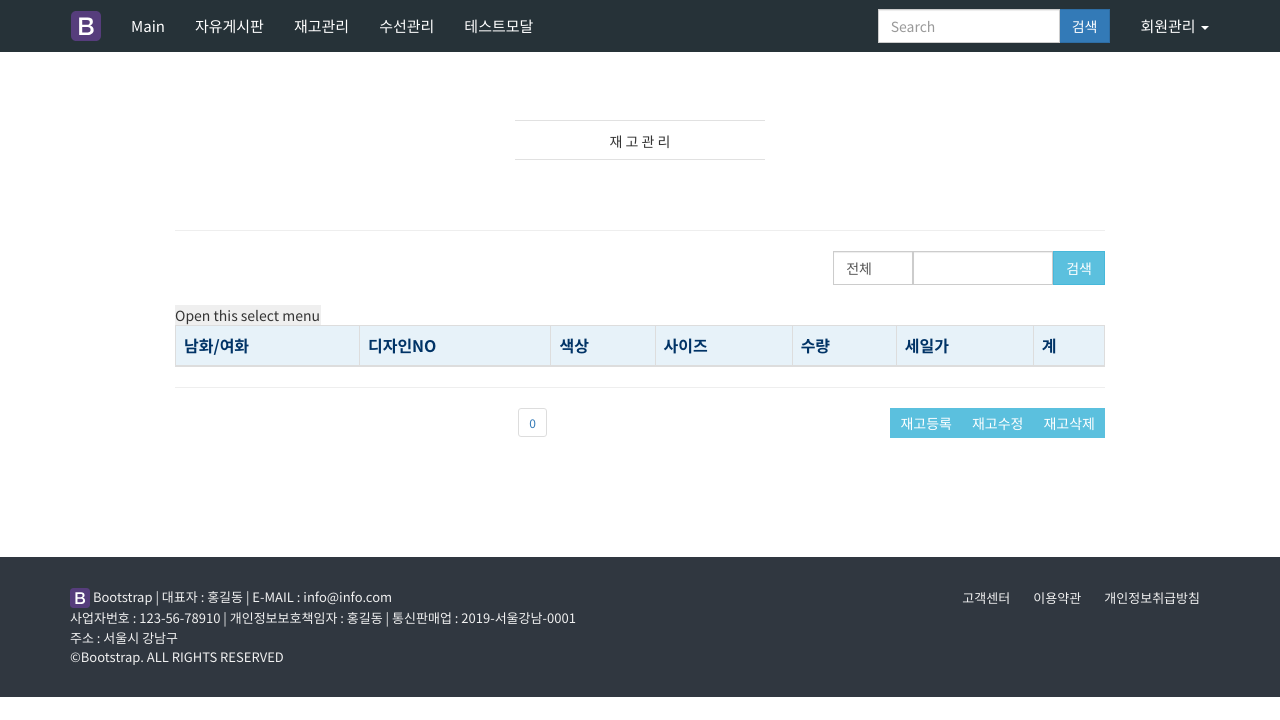
Repository: RattenLegs/Project_Inventory
Page: http://localhost/Project_Inventory/WEB-INF/views/inventoryboard/inventoryList.jsp
The author's editor kept a copy of each file at every save. The page is drawn from the files as they stood at one save, then again after the next save.
The browser window is 1280 px wide. The pictures show the whole page.
Some web libraries are served in a nearby version. The page is served by Tomcat 9. Nobody is signed in. Other server files are loaded and not shown. The template is opened directly, without the code that normally fills it, so the values that code supplies are empty.

Above is the page before, as saved 2023-02-15 14:16:47.
Console error: TypeError: Cannot read properties of null (reading 'addEventListener')

### Project_Inventory/src/main/webapp/WEB-INF/views/inventoryboard/inventoryList.jsp
<%@ taglib uri="http://java.sun.com/jsp/jstl/core" prefix="c"%>
<%@ taglib uri="http://java.sun.com/jsp/jstl/fmt" prefix="fmt"%>
<%@ page language="java" contentType="text/html; charset=UTF-8"
	pageEncoding="UTF-8"%>
<html>
<head>
<%@ include file="../../views/include/header.jsp"%>
<title>재고관리 시스템입니다.</title>

<link
	href="${pageContext.request.contextPath}/resources/modal/modal.css"
	rel="stylesheet">
</head>
<body>
	<section>
		<div class="container-fluid">
			<div class="row">
				<!--lg에서 9그리드, xs에서 전체그리드-->
				<div class="col-lg-9 col-xs-12 board-table">
					<div class="titlebox">
						<p>재 고 관 리</p>
					</div>

					<hr>
					<%@ include
						file="../../views/inventoryboard/inventorySearchForm.jsp"%>

					<table class="table table-bordered">
						<thead>
							<tr>
								<th>남화/여화</th>
								<th>디자인NO</th>
								<th>색상</th>
								<th>사이즈</th>
								<th>수량</th>
								<th>세일가</th>
								<th>계</th>
							</tr>
						</thead>

						<tbody>
						</tbody>

						<tfoot>
						</tfoot>

					</table>


					<%@ include file="../../views/inventoryboard/addInventoryForm.jsp"%>

					<%@ include file="../../views/inventoryboard/inventoryModalForm.jsp"%>
				</div>
			</div>
		</div>
	</section>
	<%@ include file="../../views/include/footer.jsp"%>
</body>
<script
	src="${pageContext.request.contextPath}/resources/modal/modal.js"></script>
</html>

### Project_Inventory/src/main/webapp/WEB-INF/views/include/header.jsp
<%@ page language="java" contentType="text/html; charset=UTF-8"
	pageEncoding="UTF-8"%>
<%@ taglib uri="http://java.sun.com/jsp/jstl/core" prefix="c"%>

<!DOCTYPE html>
<html>
<head>

<meta charset="utf-8">
<meta http-equiv="X-UA-Compatible" content="IE=edge">
<meta name="viewport" content="width=device-width, initial-scale=1">

<!--
		${pageContext.request.contextPath} == <c:url value='' />
	 -->

<link
	href="${pageContext.request.contextPath}/resources/css/bootstrap.css"
	rel="stylesheet">
<script
	src="https://ajax.googleapis.com/ajax/libs/jquery/1.11.2/jquery.min.js"></script>
<!--개인 디자인 추가-->
<link href="${pageContext.request.contextPath}/resources/css/style.css"
	rel="stylesheet">
<script
	src="${pageContext.request.contextPath}/resources/js/bootstrap.js"></script>
</head>


<body>
	<header>
		<div class="container-fluid">
			<div class="row">
				<div class="container">
					<div class="navbar">
						<div class="navbar-header">
							<!--data-toggle 같은 것들은 내부적으로 지원하는 반응형 API기능이므로 지우면 안됩니다-->
							<button type="button" class="navbar-toggle"
								data-toggle="collapse" data-target="#myNavbar">
								<span class="icon-bar"></span> <span class="icon-bar"></span> <span
									class="icon-bar"></span>
							</button>
							<a class="navbar-brand" href="#"><img width="30"
								src="${pageContext.request.contextPath }/resources/img/logo.svg"
								alt="Brand"></a>
						</div>


						<div class="collapse navbar-collapse" id="myNavbar">
							<ul class="nav navbar-nav">
								<li class="active"><a href="<c:url value='/' />">Main</a></li>
								<li><a href="<c:url value='/freeboard/freeList' />">자유게시판</a></li>
								<li><a
									href="<c:url value='/inventoryboard/inventoryList' />">재고관리</a></li>
								<li><a href="<c:url value='/repairboard/repairList' />">수선관리</a></li>
								<li><a href="<c:url value='/testModal/testModalMain' />">테스트모달</a></li>
								<!--
				<li><a href="#">강의</a></li>
                                <li><a href="#">Form</a></li>
                                <li><a href="#">Board</a></li>
 				-->

							</ul>
							<ul class="nav navbar-nav navbar-right">
								<li class="dropdown"><a class="dropdown-toggle"
									data-toggle="dropdown" href="#">회원관리 <span class="caret"></span></a>
									<ul class="dropdown-menu">
										<li><a href="<c:url value='/user/userLogin' />"><span
												class="glyphicon glyphicon-log-in"></span>Login</a></li>
										<li><a href="<c:url value='/user/userJoin' />"><span
												class="glyphicon glyphicon-user"></span></a></li>
										<!--                                         <li><a href="#"><span class="glyphicon glyphicon-user"></span>MyPage</a></li> -->
										<li><a href="#"><span
												class="glyphicon glyphicon-log-out"></span>Logout</a></li>
									</ul></li>
							</ul>

							<form class="navbar-form navbar-right" action="">
								<div class="input-group">
									<input type="text" class="form-control" placeholder="Search">
									<div class="input-group-btn">

										<button class="btn btn-primary" type="submit">검색</button>
									</div>
								</div>
							</form>
						</div>
					</div>
				</div>
			</div>
		</div>
	</header>

### Project_Inventory/src/main/webapp/WEB-INF/views/inventoryboard/inventorySearchForm.jsp
<%@ page language="java" contentType="text/html; charset=UTF-8"
	pageEncoding="UTF-8"%>


<!-- form을 가져온다 -->
<form action="<c:url value='/inventoryboard/inventoryList' />">
	<div class="search-wrap">
		<button type="submit" class="btn btn-info search-btn">검색</button>
		<input type="text" name="keyword" class="form-control search-input" value="${pc.paging.keyword}">
		<select class="form-control search-select" name="condition">
			<option value="all"
				${pc.paging.condition == 'title' ? 'selected' : ''}>전체</option>
			<option value="title"
				${pc.paging.condition == 'title' ? 'selected' : ''}>접수일</option>
			<option value="content"
				${pc.paging.condition == 'content' ? 'selected' : ''}>이름</option>
			<option value="writer"
				${pc.paging.condition == 'writer' ? 'selected' : ''}>연락처</option>
			<option value="titleContent"
				${pc.paging.condition == 'titleContent' ? 'selected' : ''}>디자인</option>
			<option value="titleContent"
				${pc.paging.condition == 'titleContent' ? 'selected' : ''}>내용</option>
			<option value="titleContent"
				${pc.paging.condition == 'titleContent' ? 'selected' : ''}>약속일</option>
			<option value="titleContent"
				${pc.paging.condition == 'titleContent' ? 'selected' : ''}>매장재고일</option>
			<option value="titleContent"
				${pc.paging.condition == 'titleContent' ? 'selected' : ''}>납품일</option>
		</select>
	</div>
</form>

<select class="form-select" size="1" aria-label="size 1 select example">
  <option selected>Open this select menu</option>
  <option value="1">One</option>
  <option value="2">Two</option>
  <option value="3">Three</option>
</select>

### Project_Inventory/src/main/webapp/WEB-INF/views/inventoryboard/addInventoryForm.jsp
<%@ taglib uri="http://java.sun.com/jsp/jstl/core" prefix="c"%>
<%@ taglib uri="http://java.sun.com/jsp/jstl/fmt" prefix="fmt"%>
<%@ page language="java" contentType="text/html; charset=UTF-8"
	pageEncoding="UTF-8"%>

<!--페이지 네이션을 가져옴-->
<form action="<c:url value='/inventoryboard/inventoryList' />"
	name="pageForm">
	<div class="text-center">
		<hr>
		<ul id="pagination" class="pagination pagination-sm">
			<c:if test="${pc.prev}">
				<li><a href="#" data-pagenum="${pc.beginPage-1}">이전</a></li>
			</c:if>

			<c:forEach var="num" begin="${pc.beginPage}" end="${pc.endPage}">
				<li class="${pc.paging.pageNum == num ? 'active' : ''}"><a
					href="#" data-pagenum="${num}">${num}</a></li>
			</c:forEach>

			<c:if test="${pc.next}">
				<li><a href="#" data-pagenum="${pc.endPage+1}">다음</a></li>
			</c:if>
		</ul>
		<button type="button" class="btn btn-info">재고삭제</button>
		<button type="button" class="btn btn-info">재고수정</button>
		<button type="button" id="modalOpen" class="btn btn-info">재고등록</button>
	</div>


	<!-- 페이지 관련 버튼(이전, 다음, 페이지번호)을 클릭 시 같이 숨겨서 보내줄 공통 값  -->
	<input type="hidden" name="pageNum" value="${pc.paging.pageNum}">
	<input type="hidden" name="cpp" value="${pc.paging.cpp}"> <input
		type="hidden" name="condition" value="${pc.paging.condition}">
	<input type="hidden" name="keyword" value="${pc.paging.keyword}">
</form>

### Project_Inventory/src/main/webapp/WEB-INF/views/inventoryboard/inventoryModalForm.jsp
<%@ page language="java" contentType="text/html; charset=UTF-8"
    pageEncoding="UTF-8"%>


<!--
		<div class="background">
			<div class="window">
				<div class="modalyes">
					<form action="/inventoryboard/addInventoryCheck" method="post">
						<fieldset>
							<legend>등록 양식</legend>
							<p>
								<input type="checkbox" name="shoeGender" value="남화"> 남화
								&nbsp;
								<input type="checkbox" name="shoeGender" value="여화">
								여화 &nbsp;
								<br> # 디자인NO
								<input type="text" name="design" size="10"> <br> # 색상
									<input type="text" name="color" size="10"> <br> # 사이즈
									<input type="text" name="size" size="10"> <br> # 수량
									<input type="text" name="num" size="10"> <br> # 세일가
									<input type="text" name="price" size="10"> <br> # 계
									<input type="text" name="sum" size="10"> <br>
									<input type="submit" value="확인">
							</p>
						</fieldset>

					</form>
					<button id="modalClose">모달 닫기</button>
				</div>
			</div>
		</div> -->

		 <section>
       <div class="background">
            <div class="window">
                <div class="col-xs-12 content-wrap">
                    <form action="<c:url value='/inventoryboard/inventoryCheck' />" name="registForm" method="post">
	                    <table class="table">
	                        <tbody class="t-control">
	                            <tr>
	                                <td class="t-title">NAME</td>
	                                <td><input class="form-control input-sm" name="writer" value="${login.userId}" readonly></td>
	                            </tr>
	                            <tr>
	                                <td class="t-title">TITLE</td>
	                                <td><input class="form-control input-sm" name="title"></td>
	                            </tr>
	                            <tr>
	                                <td class="t-title">CONTENT</td>
	                                <td>
	                                <textarea class="form-control" rows="7" name="content"></textarea>
	                                </td>
	                            </tr>
	                        </tbody>
	                    </table>
                    </form>
                    <div class="titlefoot">
                        <button class="btn" id="registBtn">등록</button>
                        <button class="btn" id="listBtn">목록</button>
                    </div>
                </div>
            </div>
       </div>
    </section>

### Project_Inventory/src/main/webapp/WEB-INF/views/include/footer.jsp
<%@ page language="java" contentType="text/html; charset=UTF-8"
    pageEncoding="UTF-8"%>
    <footer>
        <div class="container">
            <div class="row">
                <div class="col-md-7 col-sm-12">
                    <div class="copyright">
                        <a href="">
                            <img width="20" src="${pageContext.request.contextPath }/resources/img/logo.svg" alt="Brand">
                        </a>
                        Bootstrap | 대표자 : 홍길동 | E-MAIL : info&#64;info.com<br>
                        사업자번호 : 123-56-78910 | 개인정보보호책임자 : 홍길동 | 통신판매업 : 2019-서울강남-0001<br>
                        주소 : 서울시 강남구
                        <address>&copy;Bootstrap. ALL RIGHTS RESERVED</address>
                    </div>
                </div>
                <div class="col-md-5 col-sm-12 text-right">
                    <ul class="footer-menu">
                        <li><a href="#">고객센터</a></li>
                        <li><a href="#">이용약관</a></li>
                        <li><a href="#">개인정보취급방침</a></li>
                    </ul>
                </div>
            </div>
        </div>
    </footer>
    <!-- //footer -->

### Project_Inventory/src/main/webapp/resources/css/style.css
/*=========웹폰트 선언=========*/
@import
	url('https://fonts.googleapis.com/css?family=Noto+Sans+KR&display=swap')
	;
/*===========================*/

/*디자인 시작시 기본 선언*/
* { /* 기본선언: 마딩, 패딩 0, 요소크기에 padding, border값을 포함 x*/
	padding: 0;
	margin: 0;
	box-sizing: border-box;
}

body, html {
	width: 100%;
	min-width: 320px;
	font-family: 'Noto Sans KR', sans-serif; /*웹폰트 사용*/
}

img {
	max-width: 100%; /*사이즈가 변해도 넓이를 유지 */
	height: auto; /*사이즈가 변해도 높이를 유지 */
	/*vertical-align: top;*/
}

input, textarea, button, select {
	/*고유하게 적용되어있는 form관련 요소들을 제거해서 여러브라우저에서 동일한디자인을 얻게함*/
	-webkit-appearance: none;
	-moz-appearance: none;
	appearance: none;
	border: none
}

ul, ol, dl, li {
	list-style: none /*순서 요소들이 리스트스타일을 업앤다 */
}

.btn {
	border-radius: 0px;
}

/*=========헤더=========*/
.carousel-control.right, .carousel-control.left {
	background-image: linear-gradient(to right, rgba(0, 0, 0, .0001) 0%,
		rgba(0, 0, 0, 0) 100%)
}
header {
	position: fixed;
	left: 0;
	top: 0;
	width: 100%;
	z-index: 50; /*position을 이용하면 요소가 겹쳐질 수 있다. 숫자가 제일 높은값이 위로 떠오른다*/
}
header {
	background: #263238;
}

section {
	margin-top: 50px;
}

/*header 의 모든 컨테이너 클래스에 적용함 */
header .container {
	padding: 0;
}
/*navbar의 margin: 0으로 */
.navbar {
	margin-bottom: 0px;
}
/*이미지 위치 조정 */
.navbar-brand {
	padding: 10px 15px;
}
/*nav의 a변경*/
.nav>li>a {
	font-size: 15px;
	color: white;
}
/*na의 a 호버시 기능 변경 */
.nav>li>a:hover, .nav>li>a:focus {
	background-color: #304047;
}

/* 토글메뉴 윤곽색 변경 */
.navbar-toggle {
	border-color: white;
}

.navbar-toggle>.icon-bar {
	background-color: white;
}
/*개발자도구에서 확인후 색깔변경*/
.nav .open>a:focus {
	background-color: #304047;
}
/*부트스트랩의 드롭다운시 a태그 색상변경  */
.dropdown-menu>li>a {
	color: #f5f5f5;
}
/*======슬라이더=======*/
.slide-list {
	padding: 0;
}
/* ===================================
    Footer style
====================================== */
footer {
	margin-top: 70px;
	background-color: #303740;
	padding: 30px 0;
}

footer .copyright {
	font-size: 13px;
	line-height: 20px;
	color: #f1f1f1;
}

footer .copyright address {
	margin-bottom: 0;
}

footer .footer-menu li {
	display: inline-block;
	padding: 0 10px;
}

footer .footer-menu li a {
	display: block;
	color: #f1f1f1;
	font-size: 13px;
}

/*===========본문=========== */
/*섹션전체에 패딩 추가*/
section {
	/*위 60px 나머지 0 */

}

.prod-list, .prod-link {
	border: 1px solid #ddd; /*윤곽 1, 한줄, 색상 */
	display: block; /* 블락요소로 변경 반드시 필요 */
	text-align: center; /*이미지 가운데 정렬*/
	/* position: relative;*/
}
/*기본 부트설정은 좌우 15px임 -> col에 대해 전부 5px로 바꿔버린다*/
.prod-list, .prod-list>li[class*="col-"] {
	padding: 5px;
}

/*호버기능 추가*/
.prod-link:hover {
	border-color: #4285F4;
}

.prod-link>.arrow {
	display: block; /*span은 인라인 요소입니다 인라인요소는 position속성을 사용할수 없습니다*/
	position: absolute;
	/*원래 위치에서 따로 띠어내어 부모위치로 조정한다 width, heigth를 필수로 지정해야한다*/
	left: 15px; /*좌우 위치조정 left, right 중 한개만쓴다*/
	bottom: 15px; /*위아래 위치조정 top, bottom 중한개만 쓴다 */
	width: 36px; /* 넓이값 조정 */
	height: 36px; /* 높이값 조정*/
	line-height: 36px; /*텍스트가 위치에 맞게 높이와 동일하게 설정 */
	background-color: #ccc;
	color: #fff;
	opacity: 1; /*투명도*/
}
/* .hover클래스의 넓이 색상 투명도*/
.prod-link>.hover {
	width: 100px;
	background-color: #4285F4;
	opacity: 0;
}
/*link호버시 arrow클래스를 투명도 0*/
.prod-link:hover>.arrow {
	opacity: 0;
}
/*link호버시 hover클래스를 투명도 1*/
.prod-link:hover>.hover {
	opacity: 1;
}

/*========회원가입 폼 디자인=========*/
/*제목박스(계속사용) */
.titlebox {
	width: 250px;
	text-align: center;
	height: 40px;
	line-height: 40px;
	margin: 70px auto;
	border-top: 1px solid #E1E1E1;
	border-bottom: 1px solid #E1E1E1;
}

.join-form {
	margin: 0 auto;
	/*가운대 정렬방법 하지만 적용되지 않는다. 이유는 col클래스들이 float:left를 들고 있기 때문*/
	float: none; /*플롯을 해제한다. 가운대정렬이 들어간다*/
}
/*조인폼클래스의 form태그의 접근 */
.join-form form {
	border-radius: 8px; /*윤곽 8*/
	padding: 15px; /*모든 패딩 15*/
	/*박스 쉐도우: 그림자가 가로로떨어진간격, 세로로떨어진 간격, 흐릿정도, 그림자색상*/
	box-shadow: 0px 8px 16px rgba(0, 0, 0, 0.15)
}

.input-group-addon {
	padding: 0;
	border: none; /*윤곽 모두 0*/
	border-radius: 0;
}
/*폼컨트롤, 인풋그룹 내부에 모든 버튼 라디우스 0 */
.form-control, .form-group .btn {
	border-radius: 0;
}
/*포커스시 윤곽 색 변경*/
.form-control:focus {
	border-color: #555;
}
/* 핸드폰폼 디자인 */
.input-group .phone1 {
	width: 33.3333%;
}

.input-group .phone2 {
	width: 66.6666%;
}
/*이메일폼 디자인 */
.email-form {
	box-sizing: border-box;
	overflow: hidden;
}

.email-form input {
	width: 33.33%;
	float: left;
}

.email-form select {
	width: 66.66%;
	float: left;
}
/*=========로그인 디자인==========*/
.login-form {
	margin: 0 auto;
	float: none;
}

.login-form form {
	border-radius: 8px; /*윤곽 8*/
	padding: 70px 120px; /*위아래, 좌우*/
	/*박스 쉐도우: 그림자가 가로로떨어진간격, 세로로떨어진 간격, 흐릿정도, 그림자색상*/
	box-shadow: 0px 8px 16px rgba(0, 0, 0, 0.15);
	margin-bottom: 174px; /*화면에 딱맞게 밀어준다*/
}

/*========회원정보 디자인=========*/
.m-control .m-title {
	min-width: 100px; /*화면줄었을때 최소크기*/
	vertical-align: middle; /*가운대 정렬*/
}

.m-control .form-control {
	width: 200px;
	display: inline; /*인라인요소로 변경한다*/
}
/*개발자 도구에서 input-sm의 정렬을 푼다*/
.m-control .input-sm {
	height: auto;
	line-height: normal;
}
/*sel의 크기만 지정*/
.m-control  .sel {
	width: 80px;
}

.m-control .add {
	width: 400px;
}

.titlefoot {
	text-align: center; /*인라인의 텍스트정렬 가운데*/
	margin: 30px auto; /*박스의 가운데정렬*/
	width: 50%; /*크기 50%*/
}

/*==========자게 디자인==========*/
.titlebox {
	width: 250px;
	text-align: center;
	height: 40px;
	line-height: 40px;
	margin: 70px auto;
	border-top: 1px solid #E1E1E1;
	border-bottom: 1px solid #E1E1E1;
}
/*자게 그리드*/
.board-table {
	float: none; /*col의 플로팅 해제 */
	margin: 0 auto;
}
/*---검색버튼--- */
.search-wrap {
	overflow: hidden; /*부모요소에 히든 */
	margin-bottom: 20px;
}

.search-btn, .search-input, .search-select {
	float: right; /*우측 플로팅 */
}

.search-input {
	width: 140px;
}

.search-select {
	width: 80px;
}

/*제목에 클래스를 줘서 강제로 크기 고정*/
.board-title {
	width: 300px;
}
/*th의 순차적 접근 색상변경 */
.table-bordered>thead>tr>th {
	background-color: #E7F2F9;
	color: #003366;
}

/*테이블 안에 a태그에 순차적 접근 */
.table-bordered>tbody>tr>td>a, .table-bordered>tbody>tr>td>a:hover {
	color: black;
}

.pagination {
	margin: 0; /*페이지 네이션의 기본 마진 0*/
}

.text-center .btn {
	float: right; /*오른쪽으로 쌓아서 우측정렬 시킨다*/
	border: 0; /*border스타일 해제*/
	border-radius: 0; /*윤곽 0*/
	padding: 5px 10px; /*버튼 패딩을 페이지네이션과 맞춘다*/
}

/*==========자게 글쓰기==========*/
.titlebox {
	width: 250px;
	text-align: center;
	height: 40px;
	line-height: 40px;
	margin: 70px auto;
	border-top: 1px solid #E1E1E1;
	border-bottom: 1px solid #E1E1E1;
}

.t-control .t-title {
	width: 100px;
	min-width: 100px; /*화면줄었을때 최소크기*/
	vertical-align: middle; /*테이블에서 세로 가운대정렬*/
}

/*input 요소의 넓이만 선택*/
.t-control input {
	width: 200px;
	display: inline; /*인라인요소로 변경한다*/
}

/*개발자 도구에서 input-sm의 정렬을 푼다*/
.t-control .input-sm {
	height: auto;
	line-height: normal;
}
/*td의 아래만 밑줄*/
.t-control td {
	border-bottom: 1px solid #E1E1E1;
}

.titlefoot {
	text-align: center;
	margin: 30px auto; /*박스의 가운데정렬*/
	width: 50%; /*크기 50%*/
}
/*==========자게 상세보기==========*/
.write-wrap {
	margin: 0 auto;
	/*가운대 정렬방법 하지만 적용되지 않는다. 이유는 col클래스들이 float:left를 들고 있기 때문*/
	float: none; /*플롯을 해제한다. 가운대정렬이 들어간다*/
}
/*=======댓글========*/
.reply-wrap {
	background-color: #f5f5f5;
	padding: 15px;
	border: 1px solid #ddd;
	position: relative; /*부모에 relative*/
}

.reply-wrap .reply-image {
	position: absolute; /*자식에서 absolute로 부모요소 위치로 조정*/
	left: 15px;
	top: 15px;
}

.reply-wrap .reply-content {
	padding-left: 60px;
}
/*부트스트랩의 form-control 조정 */
.reply-content>.form-control {
	resize: vertical; /*세로로만 조정가능*/
	width: 100%; /*최대 100%*/
	min-height: 80px; /*최대 넓이*/
	margin-bottom: 10px;
}

.reply-input>.form-control {
	width: 200px;
	margin-bottom: 5px;
}

.reply-group {
	overflow: hidden;
}

.reply-input {
	float: left;
}

.reply-group .right {
	float: right;
}

/*댓글 영역*/
.reply-group small {
	margin-left: 10px;
	height: 20px;
	line-height: 20px;
}

.reply-group small, .reply-group strong {
	float: left;
}

.reply-group a {
	text-decoration: none;
	color: #777;
	float: right;
}
/*댓글창 포커스시 서서히 보이기 */
.reply-content textarea {
	height: 50px;
	transition: height .4s ease-in-out;
}

.reply-content textarea:focus {
	height: 150px;
}
/*==========토글탭 mypage==========*/
.tabs-style {
	background-color: #607D8B;
}
/*탭버튼 아래 마진 50*/
.tabs-style {
	margin-bottom: 50px;
}

.tabs-style>li {
	margin-bottom: 0;
}

.tabs-style li a {
	background-color: #607D8B;
	border: none;
	margin: 0;
	border-radius: 0px;
}

.tabs-style li.active a, .tabs-style li.active a:hover, .tabs-style li.active a:focus
	{
	border: none;
	background-color: #56707D;
	color: #fff;
}

.myInfo {
	margin: 0 auto;
	float: none;
}

.myInfo-inner {
	margin: 0;
	float: none;
}

/*==========mypage check==========*/
.infoCheck {
	margin: 0 auto;
	float: none;
}

.infoCheck-form ul {
	width: 270px;
	margin: 0 auto;
}

.infoCheck-form li {
	position: relative;
	padding-left: 95px;
}

.infoCheck-form li .lab {
	font-size: 20px;
	position: absolute;
	top: 0;
	left: 0;
}

.infoCheck-form input {
	width: 170px;
	margin: 0;
}

.infoCheck .alert {
	margin-bottom: 50px;
	border-radius: 0;
}

.infoCheck-btn {
	width: 270px;
	margin-top: 40px;
	margin: 0 auto;
}

.infoCheck-btn button {
	margin-top: 20px;
	padding: 5px 51.5px;
}

### Project_Inventory/src/main/webapp/resources/modal/modal.css
.background {
	position: fixed;
	top: 0;
	left: 0;
	width: 100%;
	height: 100vh;
	background-color: rgba(0, 0, 0, 0.3);
	z-index: 1000;
	/* 숨기기 */
	z-index: -1;
	opacity: 0;
}

.modalOpen {
	opacity: 1;
	z-index: 1000;
	transition: all .5s;
}

.window {
	position: relative;
	width: 100%;
	height: 100%;
}

.modalyes {
	position: absolute;
	top: 50%;
	left: 50%;
	transform: translate(-50%, -50%);
	background-color: #ffffff;
	box-shadow: 0 2px 7px rgba(0, 0, 0, 0.3);
	/* 임시 지정 */
	width: 50%;
	height: 50%;
	/* 초기에 약간 아래에 배치 */
	transform: translate(-50%, -40%);
}

.modalOpen .modalyes {
	transform: translate(-50%, -50%);
	transition: all .5s;
}

### Project_Inventory/src/main/webapp/resources/modal/modal.js
function modalOpen() {
		document.querySelector(".background").className = "background modalOpen";
	}

	function close() {
		document.querySelector(".background").className = "background";
	}

	document.querySelector("#modalOpen").addEventListener("click", modalOpen);
	document.querySelector("#modalClose").addEventListener("click", close);

Loaded but not shown: Project_Inventory/src/main/webapp/resources/css/bootstrap.css (library); Project_Inventory/src/main/webapp/resources/js/bootstrap.js (library); Project_Inventory/src/main/webapp/resources/img/logo.svg (5 lines, source omitted)

After the next save:
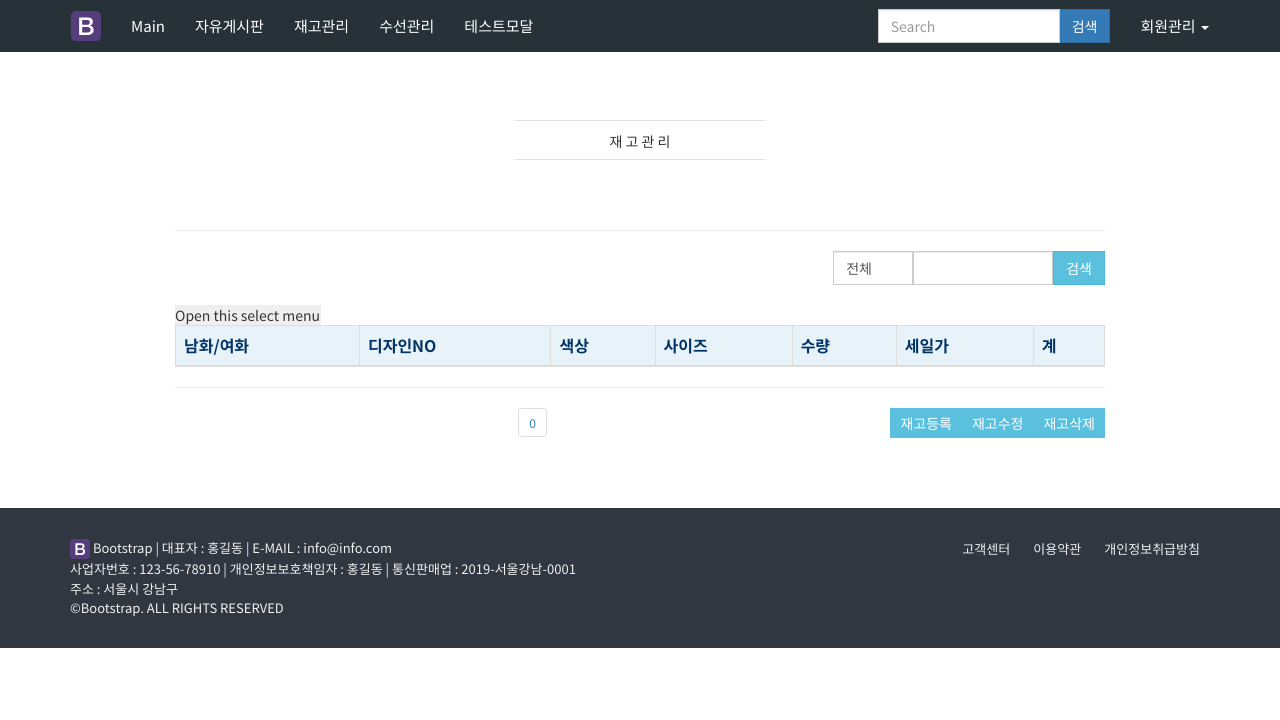
The error is gone.
Saved 72 s later.
--- a/Project_Inventory/src/main/webapp/WEB-INF/views/inventoryboard/inventoryModalForm.jsp
+++ b/Project_Inventory/src/main/webapp/WEB-INF/views/inventoryboard/inventoryModalForm.jsp
@@ -1,37 +1,33 @@
 <%@ page language="java" contentType="text/html; charset=UTF-8"
-    pageEncoding="UTF-8"%>
+	pageEncoding="UTF-8"%>
 
+<div class="background">
+	<div class="window">
+		<div class="modalyes">
+			<form action="/inventoryboard/addInventoryCheck" method="post">
+				<fieldset>
+					<legend>등록 양식</legend>
+					<p>
+						<input type="checkbox" name="shoeGender" value="남화"> 남화
+						&nbsp; <input type="checkbox" name="shoeGender" value="여화">
+						여화 &nbsp; <br> # 디자인NO <input type="text" name="design"
+							size="10"> <br> # 색상 <input type="text" name="color"
+							size="10"> <br> # 사이즈 <input type="text" name="size"
+							size="10"> <br> # 수량 <input type="text" name="num"
+							size="10"> <br> # 세일가 <input type="text"
+							name="price" size="10"> <br> # 계 <input type="text"
+							name="sum" size="10"> <br> <input type="submit"
+							value="확인">
+					</p>
+				</fieldset>
 
-<!--
-		<div class="background">
-			<div class="window">
-				<div class="modalyes">
-					<form action="/inventoryboard/addInventoryCheck" method="post">
-						<fieldset>
-							<legend>등록 양식</legend>
-							<p>
-								<input type="checkbox" name="shoeGender" value="남화"> 남화
-								&nbsp;
-								<input type="checkbox" name="shoeGender" value="여화">
-								여화 &nbsp;
-								<br> # 디자인NO
-								<input type="text" name="design" size="10"> <br> # 색상
-									<input type="text" name="color" size="10"> <br> # 사이즈
-									<input type="text" name="size" size="10"> <br> # 수량
-									<input type="text" name="num" size="10"> <br> # 세일가
-									<input type="text" name="price" size="10"> <br> # 계
-									<input type="text" name="sum" size="10"> <br>
-									<input type="submit" value="확인">
-							</p>
-						</fieldset>
+			</form>
+			<button id="modalClose">모달 닫기</button>
+		</div>
+	</div>
+</div>
 
-					</form>
-					<button id="modalClose">모달 닫기</button>
-				</div>
-			</div>
-		</div> -->
-
-		 <section>
+<%-- 		 <section>
        <div class="background">
             <div class="window">
                 <div class="col-xs-12 content-wrap">
@@ -62,4 +58,4 @@
                 </div>
             </div>
        </div>
-    </section>
+    </section> --%>
